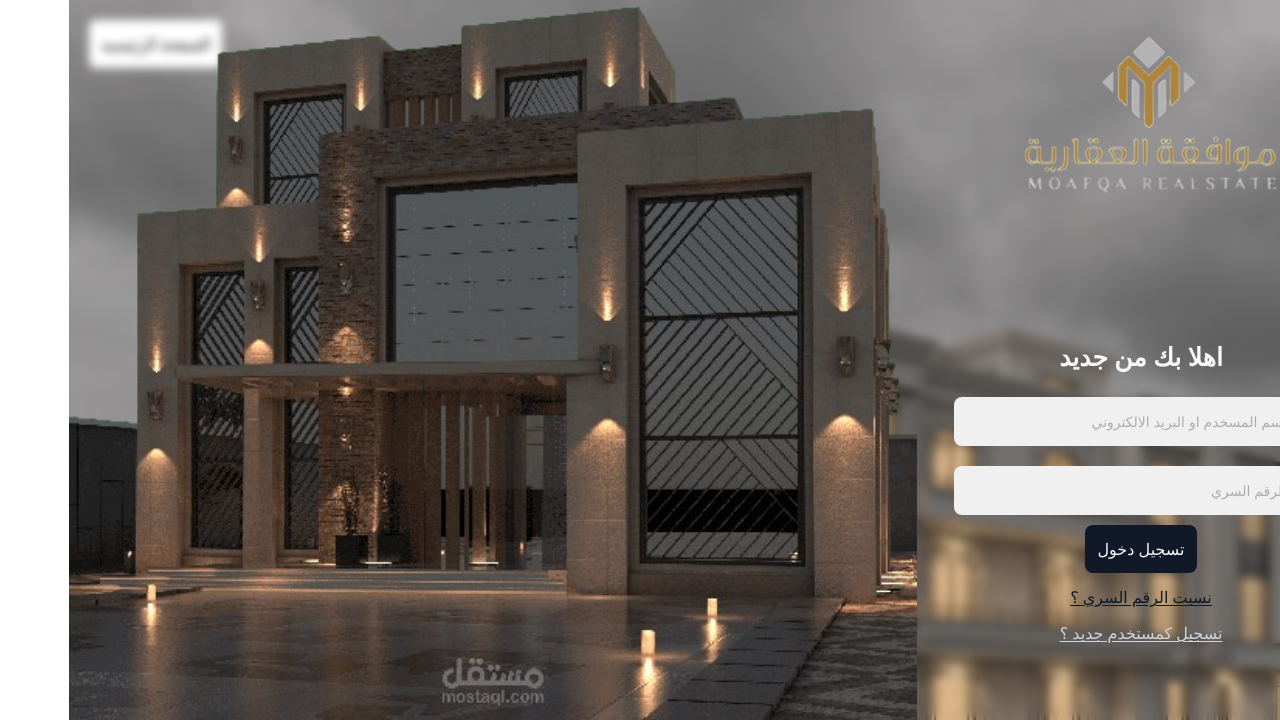
Repository: EslamKhial1997/immovables
Page: /auth
These files come from the project's save history. The page is drawn as it stood at one moment and after a run of saves; the edit follows.
The browser window is 1280 px wide. The pictures show the whole page.
Some web libraries are served in a nearby version. The project was rebuilt for these pictures with package versions that can differ from the ones it lists, and the page was loaded fresh each time. Also part of the build but not shown: vite.config.js, src/Components/layout/Navbar.jsx, src/Components/contents/OurProjects.jsx, src/Components/contents/OurAchievements.jsx, src/Components/layout/Footer.jsx, src/Components/contents/home/Slider.jsx, src/Components/contents/home/Blogs.jsx, src/App.jsx and 6 more.

Above is the page before, as saved 2024-07-27 00:30:56.

After the next 2 saves:
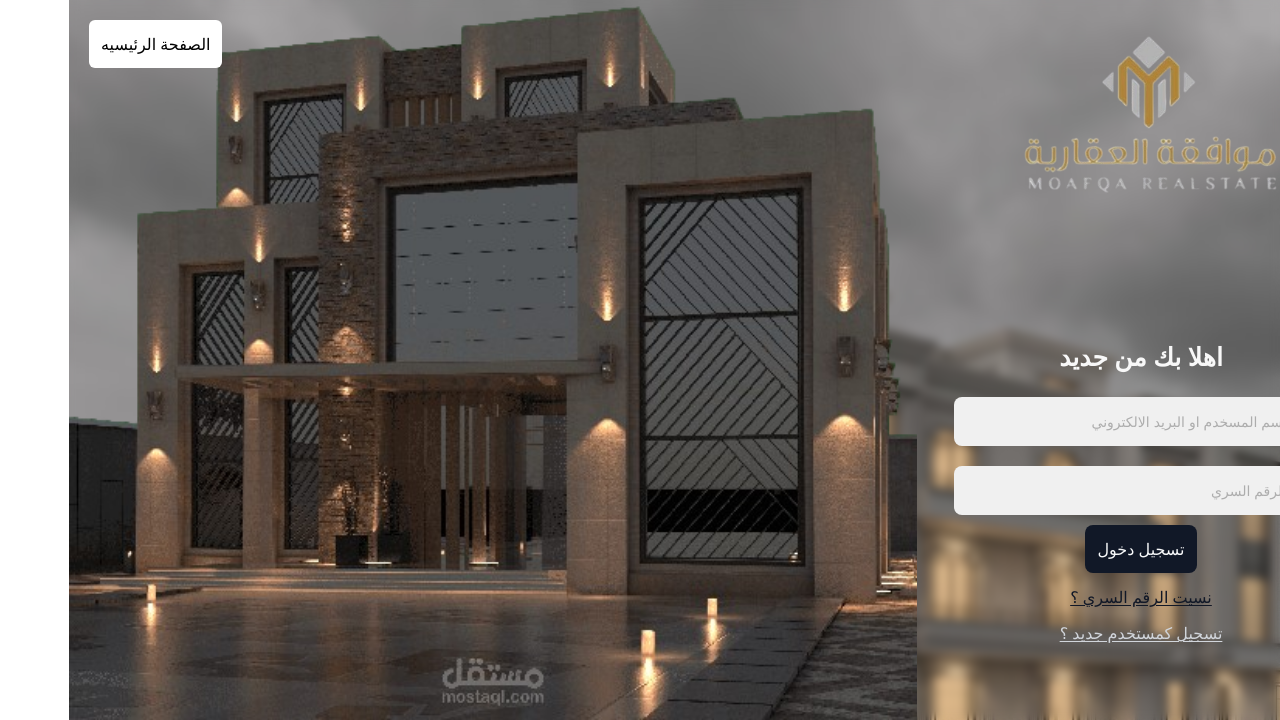
The 2 saves are shown as one change because they came seconds apart.
The last was saved 9 s later.
--- a/src/Components/auth/Auth.jsx
+++ b/src/Components/auth/Auth.jsx
@@ -10,7 +10,7 @@ const Auth = () => {
         backgroundRepeat: "no-repeat",
       }}
     >
-       <button className="fixed top-5 left-5 bg-white rounded-md p-3">الصفحة الرئيسيه</button>
+       <button className="fixed z-40 top-5 left-5 bg-white rounded-md p-3">الصفحة الرئيسيه</button>
       <Outlet />
     </div>
   );
